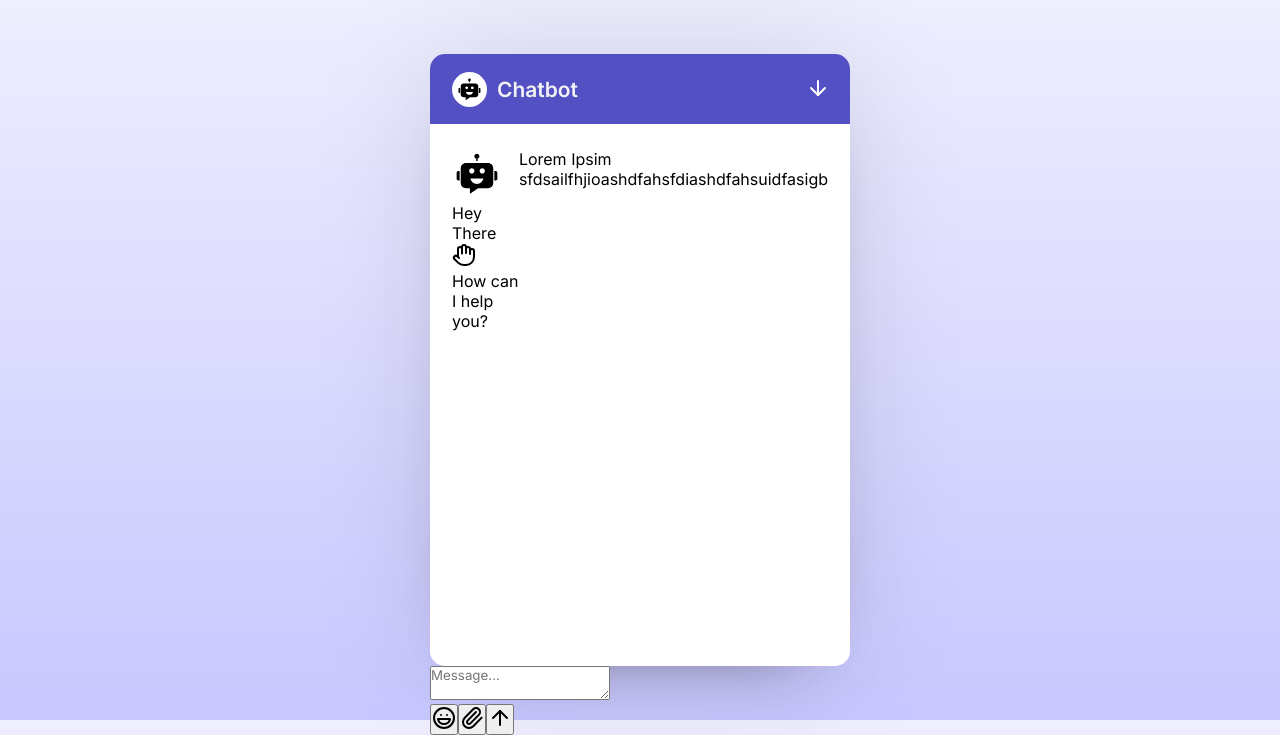
Repository: guilhermecardoso93/ai-bot
Page: /
The author's editor kept a copy of each file at every save. The page is drawn from the files as they stood at one save, then again after the next save.
The browser window is 1280 px wide. The pictures show the whole page.
The project was rebuilt for these pictures with package versions that can differ from the ones it lists, and the page was loaded fresh each time. Also part of the build but not shown: vite.config.js.

Above is the page before, as saved 2024-11-11 20:45:43.

After the next save:
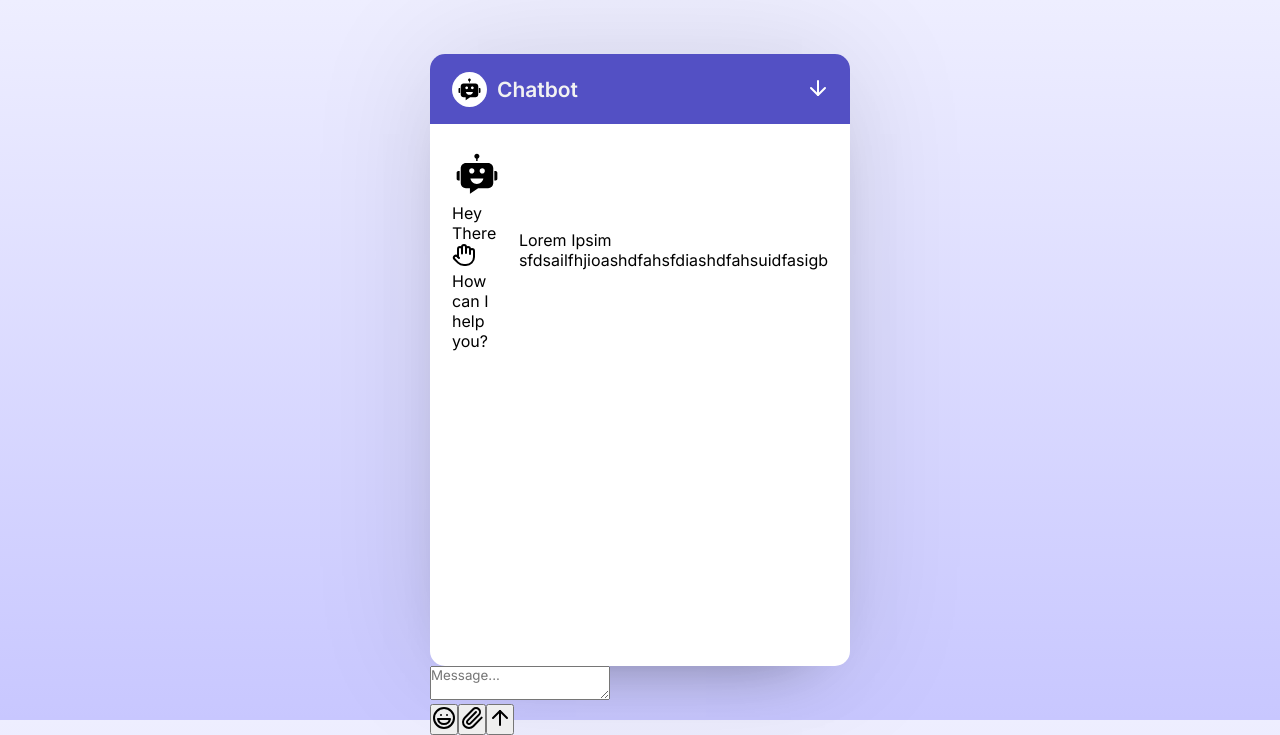
Saved 13 s later.
--- a/src/index.css
+++ b/src/index.css
@@ -89,6 +89,9 @@ body {
 
 .chat-body .message {
   display: flex;
+  gap: 11px;
+  align-items: center;
+
 }
 .chat-footer {
   position: absolute;
